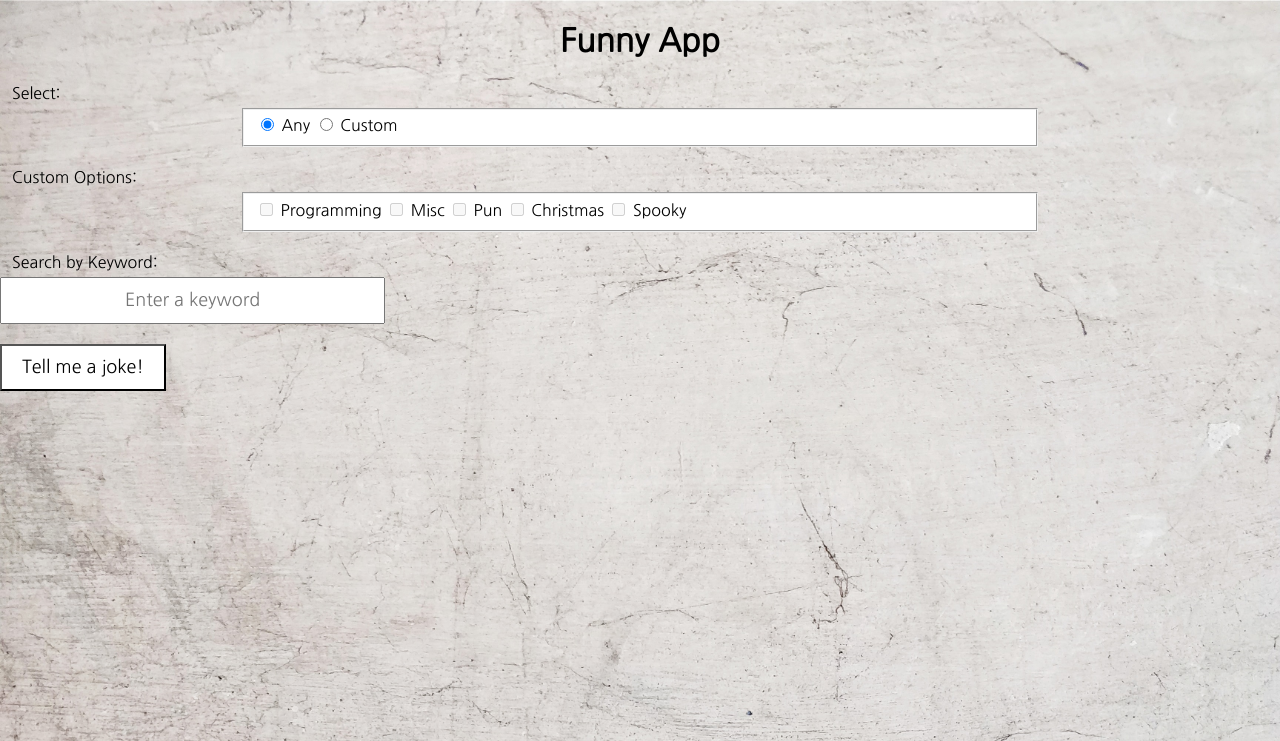
Repository: kaitlynMidori/dadJokeApi
Page: index.html
These files come from the project's save history. The page is drawn as it stood at one moment and after the next save; the edit follows.
The browser window is 1280 px wide. The pictures show the whole page.
Some web libraries are served in a nearby version.

Above is the page before, as saved 2021-01-08 12:29:50.

After the next save:
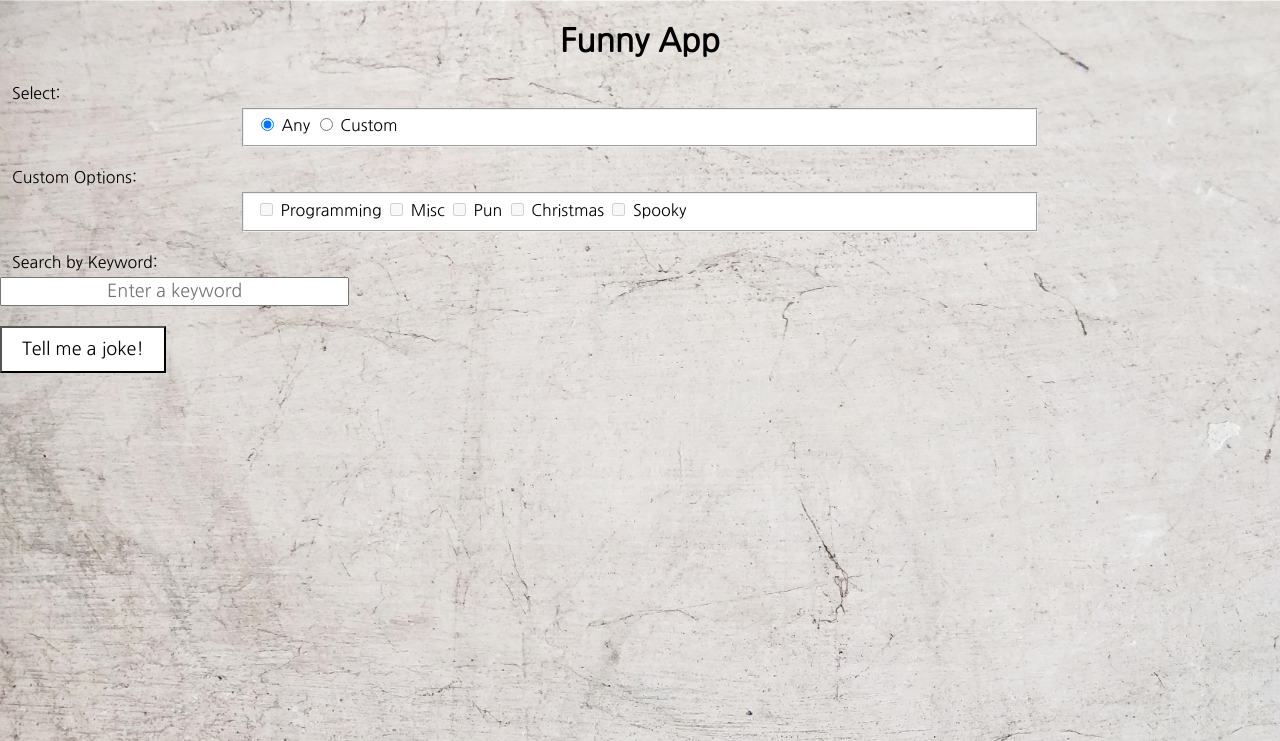
Saved 17 s later.
--- a/style.css
+++ b/style.css
@@ -49,9 +49,7 @@
     text-align: center;
     color: black;
     cursor: pointer;
-    margin-bottom: 0;
-    /* border-radius: 3px; */
-    padding: 10px 20px;
+
 }
 
 #options{

After the save that followed:
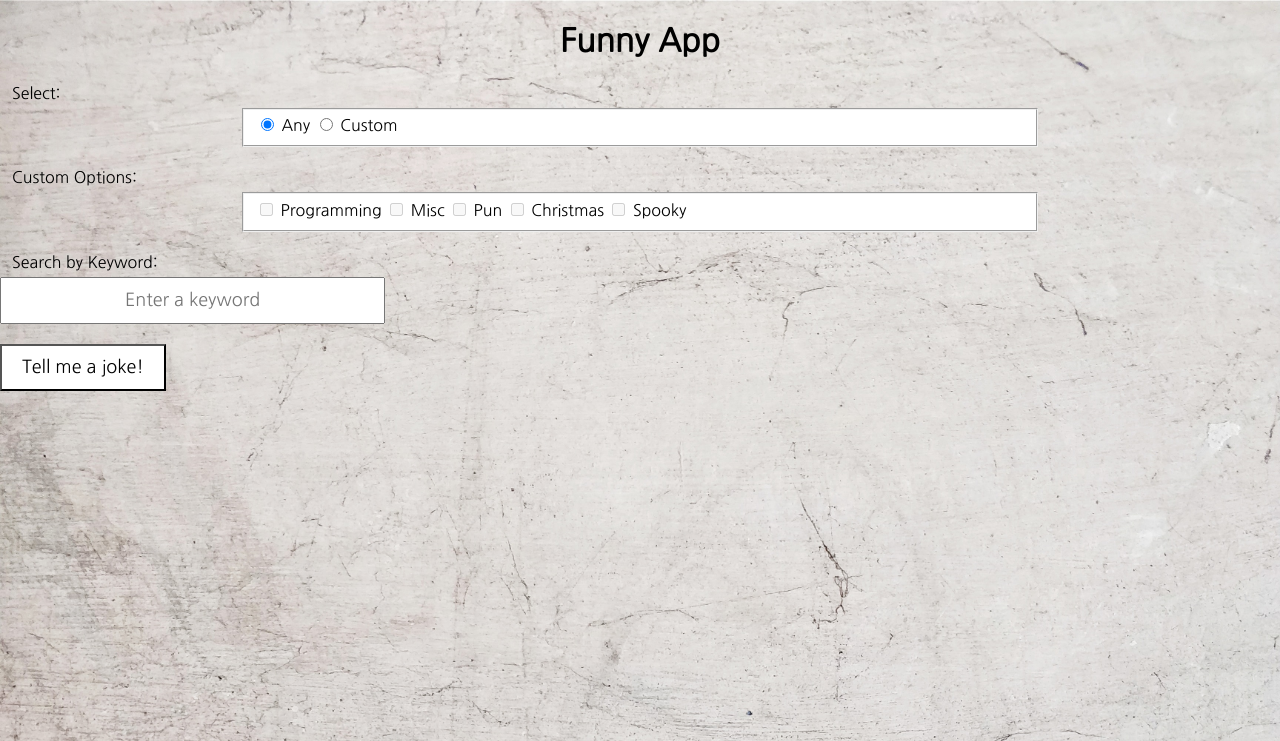
Saved 9 s later.
--- a/style.css
+++ b/style.css
@@ -49,7 +49,9 @@
     text-align: center;
     color: black;
     cursor: pointer;
-
+    margin-bottom: 0;
+    /* border-radius: 3px; */
+    padding: 10px 20px;
 }
 
 #options{
